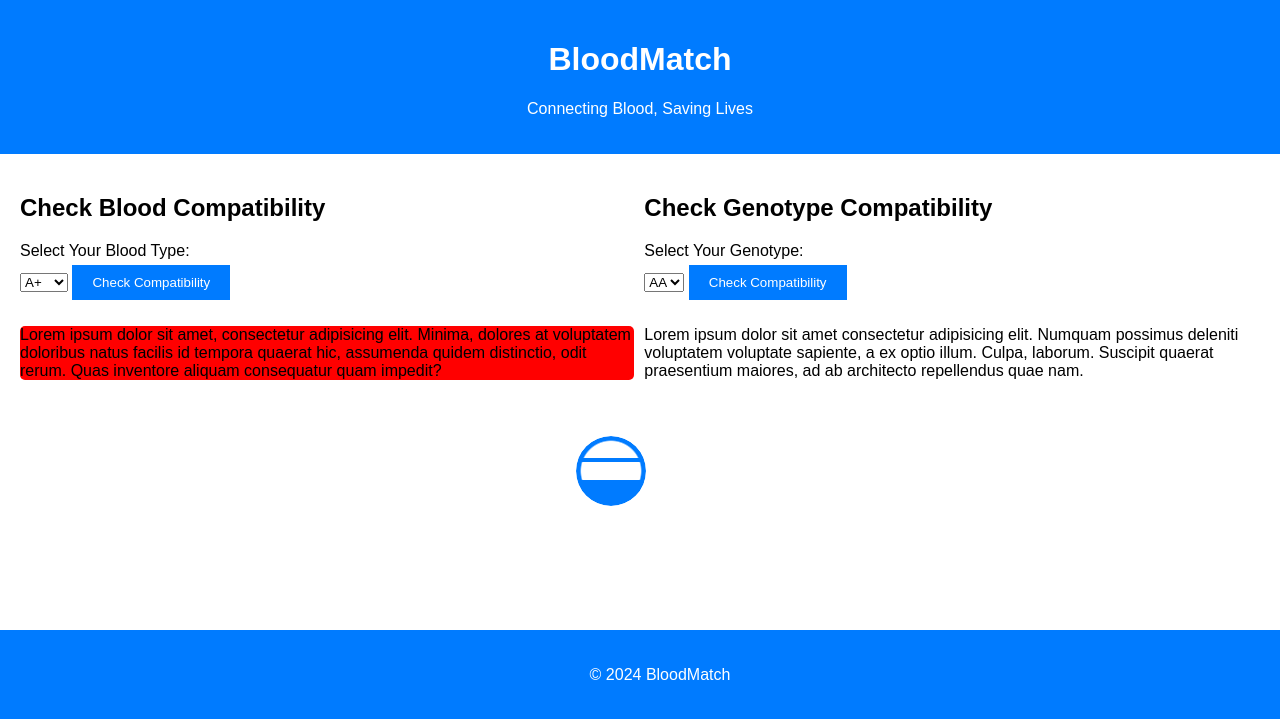
Repository: JuliusMonday/BloodMatch
Page: index.html
These files come from the project's save history. The page is drawn as it stood at one moment and after the next save; the edit follows.
The browser window is 1280 px wide. The pictures show the whole page.

Above is the page before, as saved 2024-05-02 16:51:35.

After the next save:
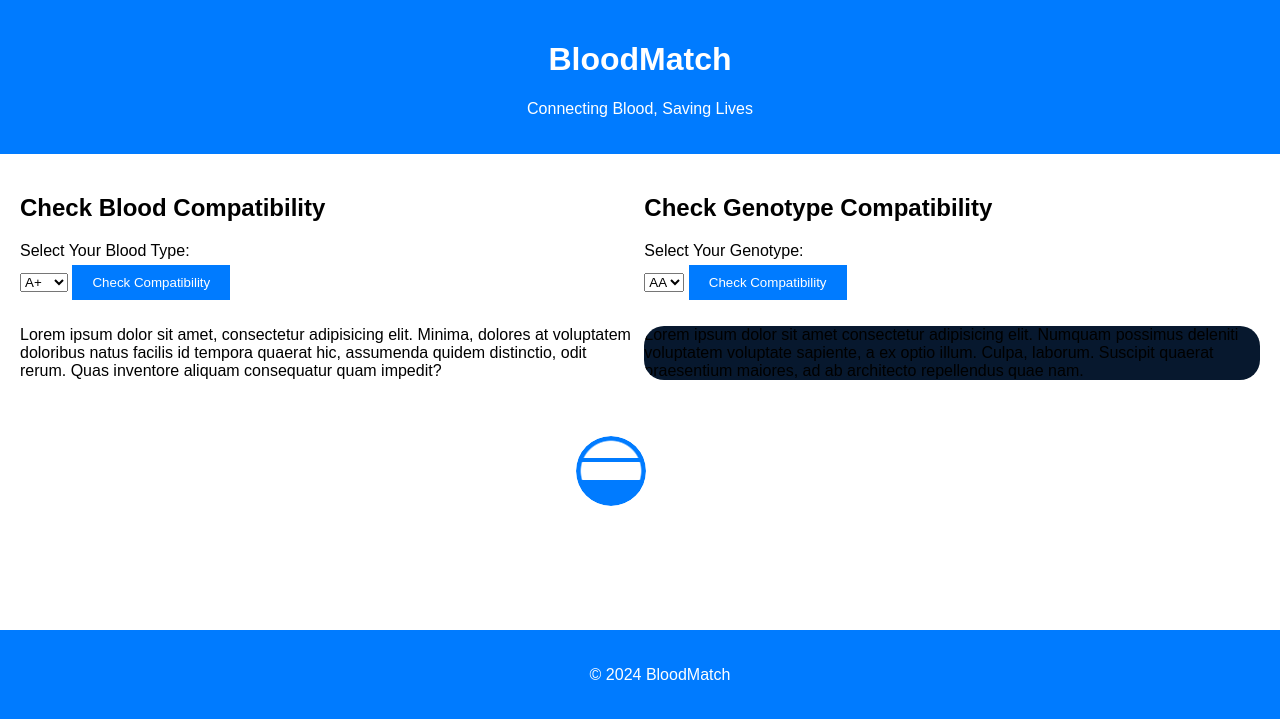
Saved 22 s later.
--- a/style.css
+++ b/style.css
@@ -42,9 +42,6 @@ body {
     background-color: #0056b3;
   }
   #genotypeResult{
-    .card {
-        width: 190px;
-        height: 254px;
         background: #07182E;
         position: relative;
         display: flex;
